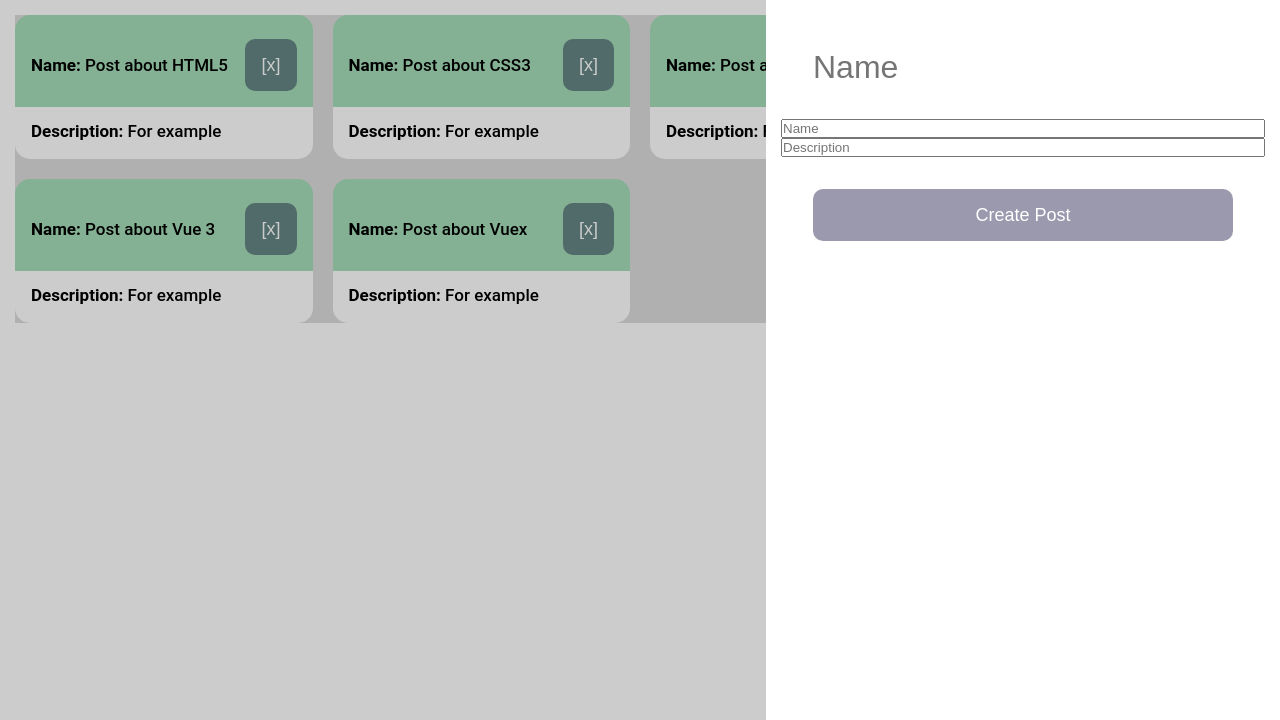
Repository: Axeliriya/vue-todo
Page: /
An editor plug-in stored every save of this project. The page is shown before and after the next save, followed by the edit.
The browser window is 1280 px wide. The pictures show the whole page.
The project was rebuilt for these pictures with package versions that can differ from the ones it lists, and the page was loaded fresh each time. Also part of the build but not shown: vue.config.js.

Above is the page before, as saved 2022-04-01 21:26:44.

After the next save:
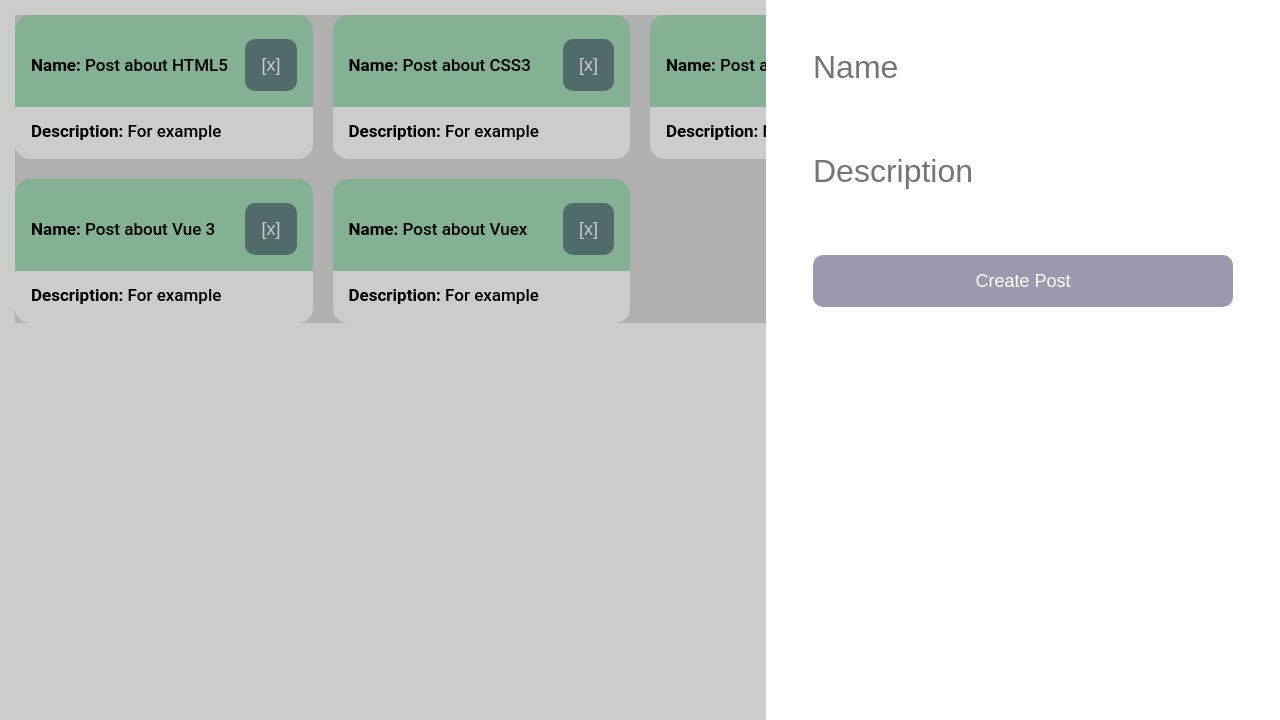
Saved 62 s later.
--- a/src/components/PostForm.vue
+++ b/src/components/PostForm.vue
@@ -1,13 +1,8 @@
 <template>
   <form class="form" @submit.prevent>
-    <custom-input placeholder="Name" />
-    <input v-model="post.title" class="input" type="text" placeholder="Name" />
-    <input
-      v-model="post.body"
-      class="input"
-      type="text"
-      placeholder="Description"
-    />
+    <custom-input v-model="post.title" placeholder="Name" />
+    <custom-input v-model="post.body" placeholder="Description" />
+
     <div class="button__wrapper">
       <custom-btn @click="createPost">Create Post</custom-btn>
     </div>
